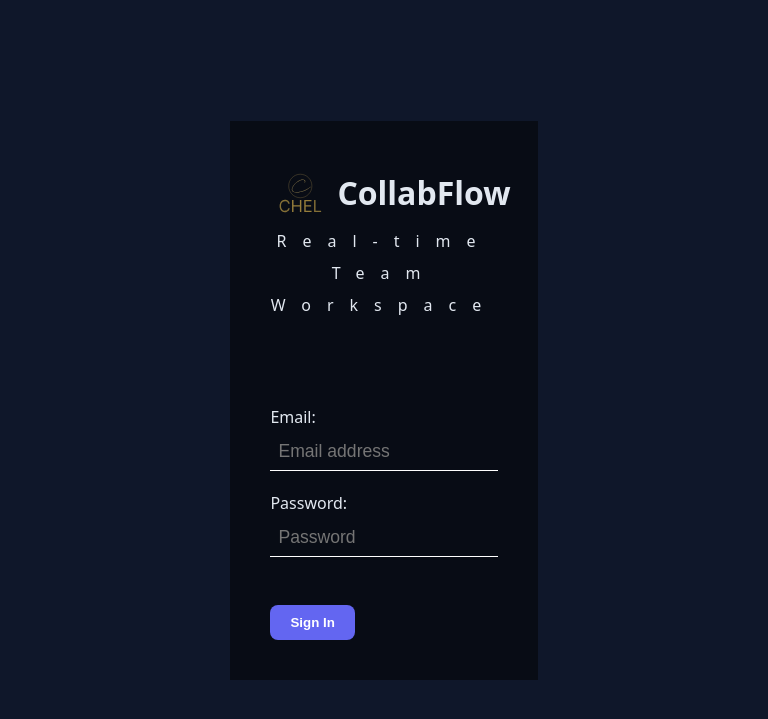
Repository: Lovethrech/collabflow
Page: /
These files come from the project's save history. The page is drawn as it stood at one moment and after a run of saves; the edit follows.
The browser window is 768 px wide. The pictures show the whole page.
The project was rebuilt for these pictures with package versions that can differ from the ones it lists, and the page was loaded fresh each time. The framework's server and built-in components were replaced by stand-ins that run in the browser. Also part of the build but not shown: nuxt.config.ts.

Above is the page before, as saved 2026-05-20 19:51:04.

After the next 5 saves:
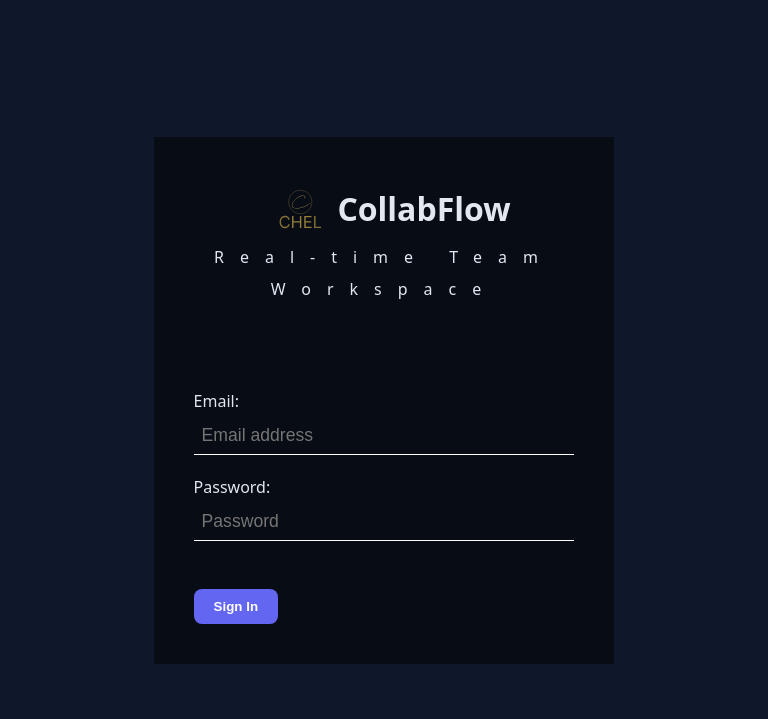
The 5 saves are shown as one change because they came seconds apart.
The last was saved 21 s later.
--- a/app/pages/index.vue
+++ b/app/pages/index.vue
@@ -85,6 +85,9 @@
 }
 
 @media screen and (max-width: 950px){
-
+    .auth-card{
+        width: 60%;
+        padding: 5vh;
+    }
 }
 </style>
